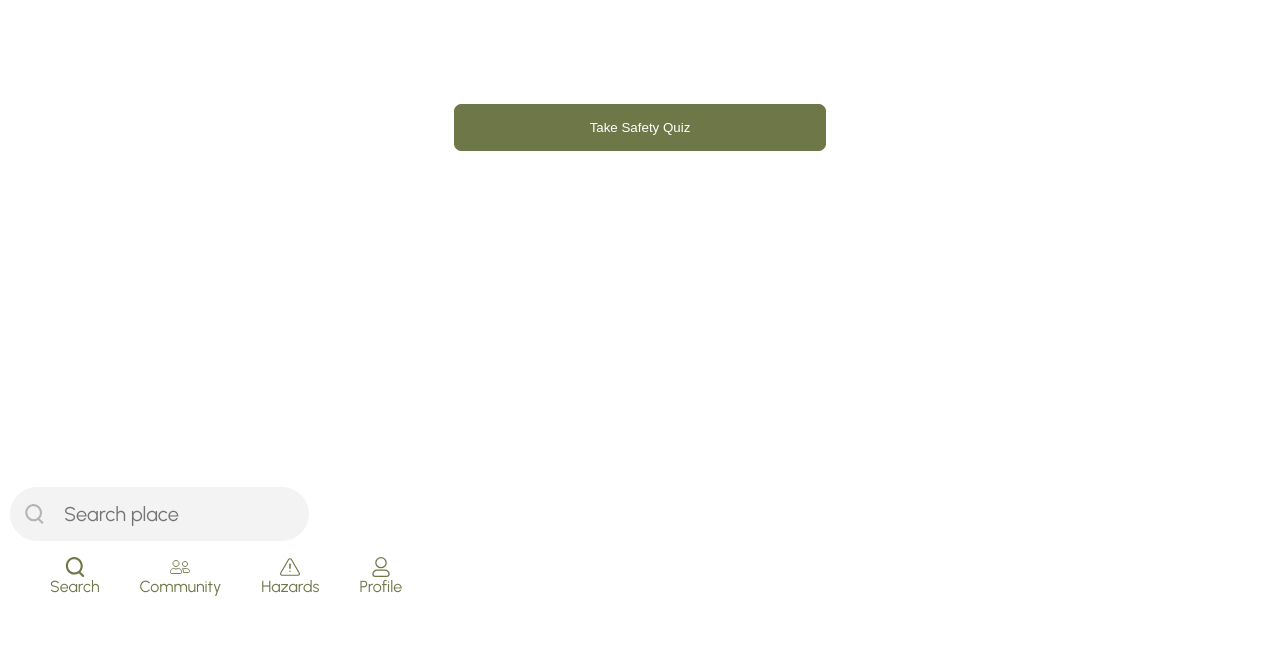
Repository: Aladdin3r/SafeCycle
Page: /
An editor plug-in stored every save of this project. The page is shown before and after the next save, followed by the edit.
The browser window is 1280 px wide. The pictures show the whole page.
The project was rebuilt for these pictures with package versions that can differ from the ones it lists, and the page was loaded fresh each time. The framework's server and built-in components were replaced by stand-ins that run in the browser.

Above is the page before, as saved 2024-04-15 12:58:52.

After the next save:
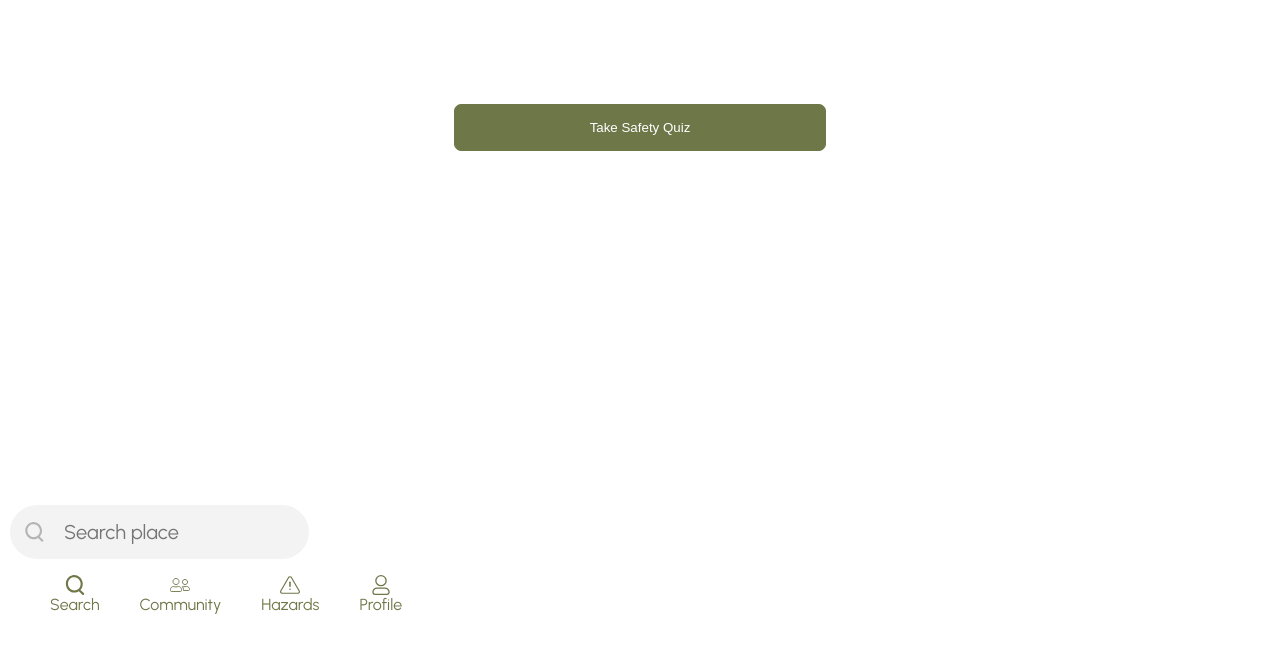
Saved 14 s later.
--- a/components/NavBar/NavBar.module.css
+++ b/components/NavBar/NavBar.module.css
@@ -41,7 +41,7 @@
 .navigation {
     width: 100%; /* Ensure full width */
     max-width: 400px; /* Set maximum width for mobile */
-    margin-bottom: 49px;
+    margin-bottom: 40px;
 }
 
 .navigation ul{
